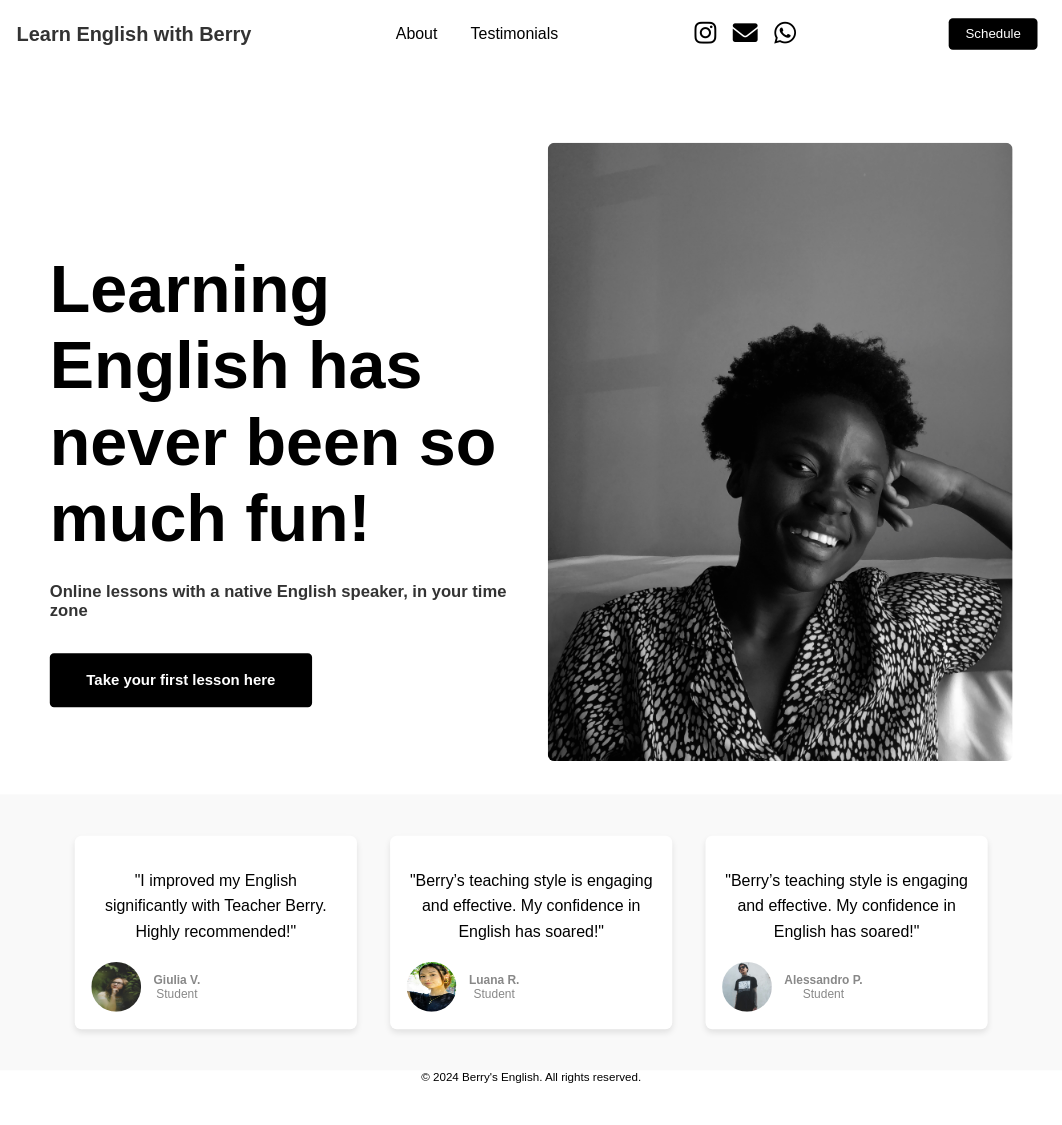
Repository: ntandomagana/esl-landing-page
Page: index.html
These files come from the project's save history. The page is drawn as it stood at one moment and after the next save; the edit follows.
The browser window is 1280 px wide. The pictures show the whole page, at 83% of full size.

Above is the page before, as saved 2024-07-17 14:34:09.

### index.html
<!DOCTYPE html>
<html lang="en">
<head>
    <meta charset="UTF-8">
    <meta name="viewport" content="width=device-width, initial-scale=1.0">
    <link rel="stylesheet" href="https://cdnjs.cloudflare.com/ajax/libs/font-awesome/6.0.0-beta3/css/all.min.css">

    <title>Berry's English</title>
    <link rel="stylesheet" href="index.css">
</head>
<body>
    <!-- Header Section -->
    <header>
        <div class="header-container">
            <div class="logo"><h1>Learn English with Berry</h1>
            </div>
            <nav>
                <ul>
                    <li><a href="#about">About</a></li>
                    <li><a href="#testimonials">Testimonials</a></li>

                </ul>
            </nav>
            <div class="social-links">
                <a href="#" class="social-link"><i class="fab fa-instagram"></i></a>
                <a href="mailto:ntandomagana@gmail.com" class="social-link"><i class="fas fa-envelope"></i></a>
                <a href="https://www.instagram.com/ntandoblack_"class="social-link"><i class="fab fa-whatsapp"></i></a>
            </div>
            <a href="#contact" class="schedule-button">Schedule</a>
        </div>
    </header>

    <!-- Left and right division -->
     <section class="content-section">
        <div class="content-wrapper">
            <div class="left-content">
                <h2>Learning English has <br />
                    never been so much fun!</h2>
                <p>Online lessons with a native English speaker, in your time zone</p>
                <a href="https://calendar.google.com/calendar/u/0/r" target="_blank" class="action-button">Take your first lesson here</a>
            </div>

            <div class="right-content">
                <img src="./assets/bwpp.jpg" alt="Teacher Berry's Image">
            </div>
        </div>

        <section id="testimonials" class="testimonials-section">
    <div class="testimonials-container">
        <div class="testimonial-item">
            <div class="testimonial-content">
                <p>"I improved my English significantly with Teacher Berry. Highly recommended!"</p>
            </div>
            <div class="testimonial-author">
                <img src="./assets/first.jpg" alt="Testimonial Author">
                <p><strong>Giulia V.</strong><br>Student</p>
            </div>
        </div>

        <div class="testimonial-item">
            <div class="testimonial-content">
                <p>"Berry’s teaching style is engaging and effective. My confidence in English has soared!"</p>
            </div>
            <div class="testimonial-author">
                <img src="./assets/second.jpg" alt="Testimonial Author">
                <p><strong>Luana R.</strong><br>Student</p>
            </div>
        </div>


        <div class="testimonial-item">
            <div class="testimonial-content">
                <p>"Berry’s teaching style is engaging and effective. My confidence in English has soared!"</p>
            </div>
            <div class="testimonial-author">
                <img src="./assets/third.jpg" alt="Testimonial Author">
                <p><strong>Alessandro P.</strong><br>Student</p>
            </div>
        </div>
    </div>

</section>


    <!-- Add more testimonials as needed -->

    <footer>
        <div class="footer-container">
            <p>&copy; 2024 Berry's English. All rights reserved.</p>
        </div>


     </section>
    </footer>
</body>
</html>

### index.css
/* styles.css */

body {
  font-family: Arial, Helvetica, sans-serif;
  margin: 0;
  padding: 0;
  box-sizing: border-box;
}

.header-container {
  display: flex;
  justify-content: space-between;
  align-items: center;
  padding: 10px 20px;
  background-color: white;
}

.logo h1 {
  margin: 0;
  font-size: 24px;
  color: #333;
}

nav ul {
  list-style-type: none;
  padding: 0;
  margin: 0;
  display: flex;
}

nav ul li {
  display: inline;
  margin: 20px; /* Adjust margin to add space between list items */
}

nav ul li:last-child {
  margin-right: 0;
}

nav ul li a {
  color: rgb(2, 2, 2);
  text-decoration: none;
  font-size: 1.2rem;
}

nav ul li a:hover {
  color: black;
  font-weight: bold;
}

.social-links {
  display: flex;
  align-items: center;
  margin-right: 20px;
}

.social-link {
  margin: 0 10px;
  display: inline-block;
  color: black;
  font-size: 30px;
  transition: color 0.3s ease, transform 0.3s ease, box-shadow 0.3s ease;
}

.social-link i {
  color: black;
}

.social-link:hover i {
  color: black;
  transition: black 4s ease-in-out;
  transform: translateY(-5px);
  box-shadow: 0 4px 8px rgba(19, 18, 18, 0.2);
}

.schedule-button {
  padding: 10px 20px;
  background-color: black;
  color: #fff;
  text-decoration: none;
  border-radius: 5px;
  transition: background-color 0.3s ease;
  border: none;
  cursor: pointer;
  margin-right: 10px;
}

.schedule-button:hover {
  background-color: #fff;
  border-color: rgba(0, 0, 0, 0);
  border: solid black;
  color: black;
}

.content-section {
  padding: 50px 0;
  text-align: center;
}

.content-wrapper {
  display: flex;
  justify-content: space-around;
  align-items: stretch;
  max-width: 1200px;
  margin: 20px auto;
}

.left-content {
  flex: 1;
  padding: 20px;
  text-align: left;
  display: flex;
  flex-direction: column;
  justify-content: center;
  align-items: flex-start;
}

.left-content h2 {
  font-size: 5rem;
  align-items: flex-end;
  color: rgb(0, 0, 0);
  margin-bottom: 10px;
  width: 100%;
}

.left-content p {
  font-size: 20px;
  color: #333;
  width: 100%;
  font-weight: bold;
  line-height: x;
}

.right-content {
  flex: 1;
  padding: 20px;
  text-align: center;
  display: flex;
  justify-content: center;
  align-items: center;
}

.right-content img {
  max-width: 100%;
  height: auto;
  max-height: 800px; /* Example maximum height, adjust as needed */
  border-radius: 8px;
  /* Optional: Adds a subtle shadow */
}

.action-button {
    display: inline-block;
  padding: 18px 40px;
  background-color: black;
  color: #fff;
  border: 4px solid black;
  text-decoration: none;
  border-radius: 5px;
  transition: background-color 0.3s ease;
  margin-top: 20px;
  font-size: 18px;
  font-weight: bold;

}

.action-button:hover {
  background-color: #fff;
  border-color: rgba(0, 0, 0, 0);
  border: 4px solid black;
  color: black;
  margin: 20px;
  padding: 18px 40px;
}


.testimonials-section {
    padding: 50px 0;
    text-align: center;
    background-color: #f9f9f9; /* Light background color */
}

.testimonials-container {
    display: flex;
    justify-content: center; /* Center align items horizontally */
    gap: 20px;
}

.testimonial-item {
    width: 300px; /* Adjust width as needed */
    margin: 0 10px; /* Adjust margin between testimonials */
    padding: 20px;
    background-color: #fff;
    border-radius: 8px;
    box-shadow: 0 4px 8px rgba(0, 0, 0, 0.1); /* Subtle shadow effect */
}

.testimonial-content {
    margin-bottom: 20px;
}

.testimonial-content p {
    font-size: 1.2rem;
    line-height: 1.6;
}

.testimonial-author {
    display: flex;
    align-items: center;
}

.testimonial-author img {
    width: 60px;
    height: 60px;
    border-radius: 50%; /* Rounded avatar */
    margin-right: 15px;
}

.testimonial-author p {
    font-size: 0.9rem;
    color: #888;
}

.testimonial-author strong {
    font-weight: bold;
}

/* index.css */

/* Styles for header, main content, testimonials, etc. */

footer {
    background-color: white;
    color: black;;
    padding:
    text-align: center;
}

.footer-container {
    display: flex;
    justify-content: center;
    align-items: center;
    max-width: 1200px;
    margin: 0 auto;
}

.footer-container p {
    margin: 0;
    font-size: 14px;
}



@media (max-width: 768px) {
    .content-wrapper {
        flex-direction: column; /* Stack columns vertically on smaller screens */
        text-align: center;
    }

    .left-content, .right-content {
        padding: 10px; /* Adjust padding for smaller screens */
    }

    .testimonial-item {
        width: 100%; /* Full width for testimonials on smaller screens */
        margin: 0 0 20px; /* Adjust margin for spacing */
    }
}

After the next save:
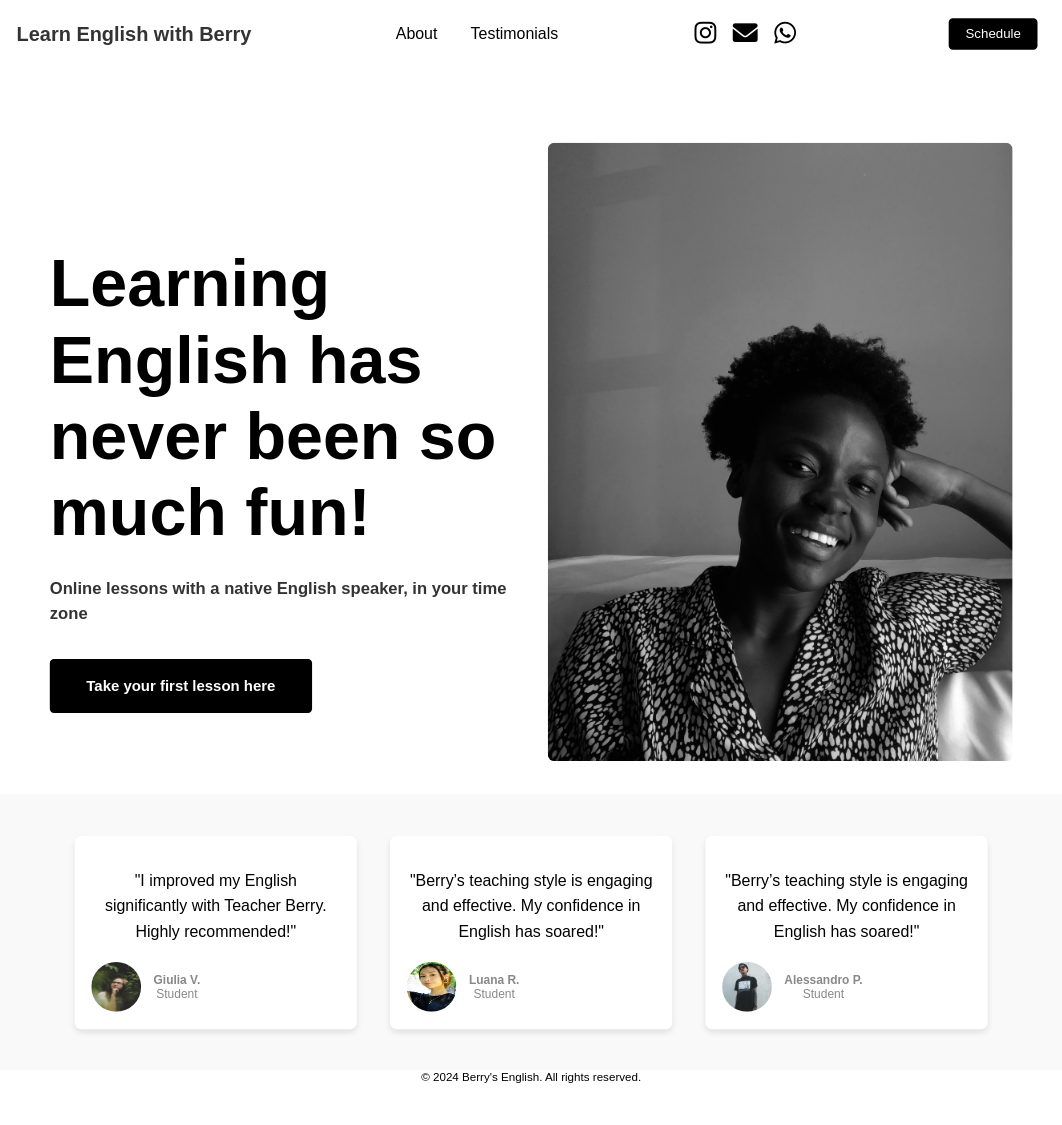
Saved 43 s later.
--- a/index.css
+++ b/index.css
@@ -128,7 +128,7 @@ nav ul li a:hover {
   color: #333;
   width: 100%;
   font-weight: bold;
-  line-height: x;
+  line-height: 1.5;
 }
 
 .right-content {
